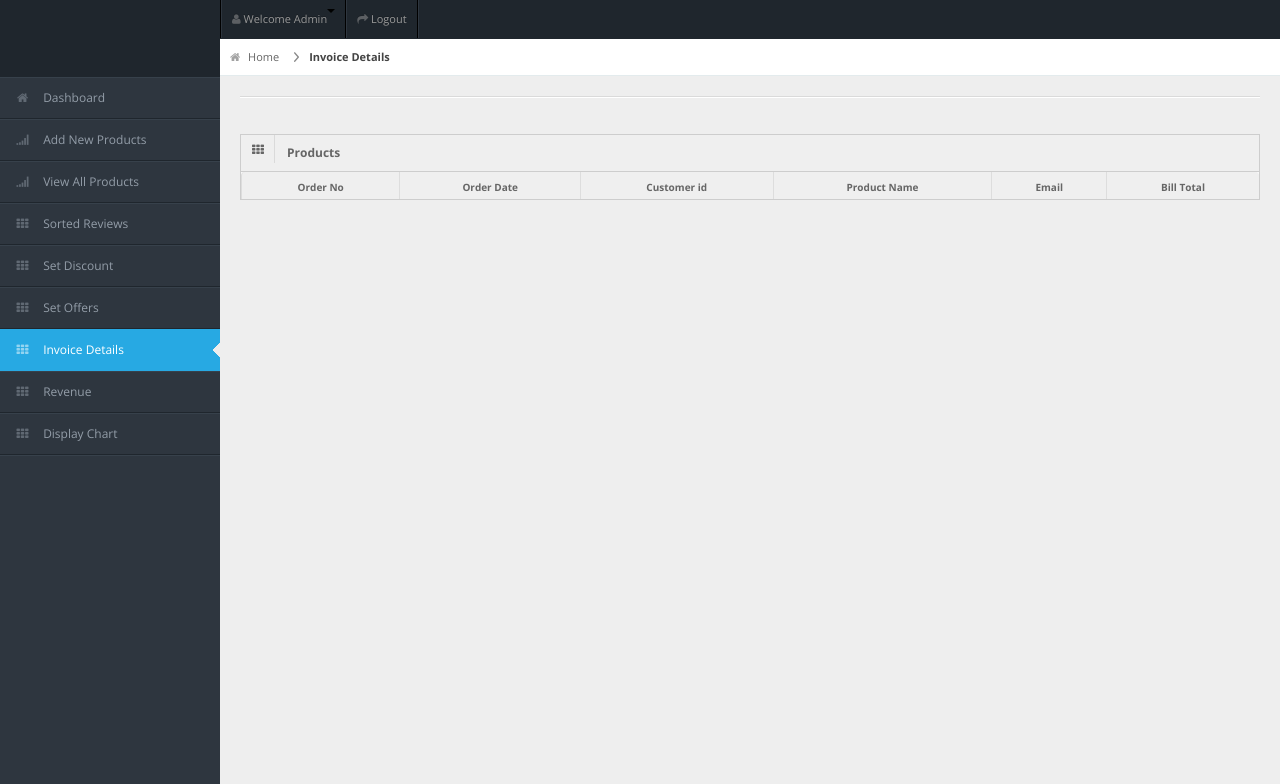
Repository: swati1010/web-analytics
Page: http://localhost/web_analysis/invoicereports.jsp
These files come from the project's save history. The page is drawn as it stood at one moment and after the next save; the edit follows.
The browser window is 1280 px wide. The pictures show the whole page.
The page is served by Tomcat 9. Other server files are loaded and not shown. Queries for data that is not in the repository find no rows.

Above is the page before, as saved 2017-04-20 09:54:30.
Console error (its wording comes from the project's code and is left out).

### web_analysis/WebContent/invoicereports.jsp
<%@page import="java.sql.ResultSet"%>
<%@page import="java.sql.PreparedStatement"%>
<%@page import="codes.DBConnection"%>
<%@page import="java.sql.Connection"%>
<%@ page language="java" contentType="text/html; charset=ISO-8859-1"
    pageEncoding="ISO-8859-1"%>
<!DOCTYPE html PUBLIC "-//W3C//DTD HTML 4.01 Transitional//EN" "http://www.w3.org/TR/html4/loose.dtd">
<html>
<head>
<meta http-equiv="Content-Type" content="text/html; charset=ISO-8859-1">
<title>Admin</title>
<link rel="stylesheet" href="ass1/css/bootstrap.min.css" />
<link rel="stylesheet" href="ass1/css/bootstrap-responsive.min.css" />
<link rel="stylesheet" href="ass1/css/fullcalendar.css" />
<link rel="stylesheet" href="ass1/css/matrix-style.css" />
<link rel="stylesheet" href="ass1/css/matrix-media.css" />
<link href="ass1/font-awesome/css/font-awesome.css" rel="stylesheet" />
<link rel="stylesheet" href="ass1/css/jquery.gritter.css" />
<link href='http://fonts.googleapis.com/css?family=Open+Sans:400,700,800' rel='stylesheet' type='text/css'>
</head>
<body>
<!--Header-part-->
<div id="header">
  <h1><a href="dashboard.html">Customer Analysis</a></h1>
</div>
<!--close-Header-part-->
<!--top-Header-menu-->
<div id="user-nav" class="navbar navbar-inverse">
  <ul class="nav">
    <li id="profile-messages" ><a title="" href="#" data-target="#profile-messages" ><i class="icon icon-user"></i>  <span class="text">Welcome Admin</span><b class="caret"></b></a>

    </li>
    <li class=""><a title="" href="index.jsp"><i class="icon icon-share-alt"></i> <span class="text">Logout</span></a></li>
  </ul>
</div>
<!--close-top-Header-menu-->

<!--sidebar-menu-->
<div id="sidebar"><a href="#" class="visible-phone"><i class="icon icon-home"></i> Dashboard</a>
  <ul>
    <li><a href="adminindex.jsp"><i class="icon icon-home"></i> <span>Dashboard</span></a> </li>
    <li> <a href="addproduct.jsp"><i class="icon icon-signal"></i> <span>Add New Products</span></a> </li>
    <li> <a href="viewallproducts.jsp"><i class="icon icon-signal"></i> <span>View All Products</span></a> </li>
    <li><a href="sortedreviews.jsp"><i class="icon icon-th"></i> <span>Sorted Reviews</span></a></li>
    <li><a href="setdiscount.jsp"><i class="icon icon-th"></i> <span>Set Discount</span></a></li>
     <li><a href="setoffers.jsp"><i class="icon icon-th"></i> <span>Set Offers</span></a></li>
     <li class="active"><a href="invoicereports.jsp"><i class="icon icon-th"></i> <span>Invoice Details</span></a></li>
     <li><a href="revenue.jsp"><i class="icon icon-th"></i> <span>Revenue</span></a></li>
     <li><a href="call_chart.jsp"><i class="icon icon-th"></i> <span>Display Chart</span></a></li>
  </ul>
</div>
<!--sidebar-menu-->

<!--main-container-part-->
<div id="content">
<!--breadcrumbs-->
  <div id="content-header">
    <div id="breadcrumb"> <a href="adminindex.jsp" title="Go to Home" class="tip-bottom"><i class="icon-home"></i> Home</a><a href="#" class="current"> Invoice Details</a></div>
  </div>
<!--End-breadcrumbs-->
<%
Connection con = DBConnection.getDBConnection();

%>
  <div class="container-fluid">
    <hr>
    <div class="row-fluid">
      <div class="span12">
        <div class="widget-box">
          <div class="widget-title"> <span class="icon"> <i class="icon-th"></i> </span>
            <h5>Products</h5>
          </div>
          <div class="widget-content nopadding">
            <table class="table table-bordered table-striped">
              <thead>
                <tr>
                  <th>Order No</th>
                  <th>Order Date</th>
                  <th>Customer id</th>
                   <th>Product Name</th>
                  <th>Email</th>
                  <th>Bill Total</th>
                </tr>
              </thead>
              <tbody>
              <%
              int i=1;
              	PreparedStatement ps = con.prepareStatement("select * from invoice where status=1");
              	ResultSet rs = ps.executeQuery();
              	while(rs.next())
              	{
              %>
                <tr class="odd gradeX">
                  <td><%=i++%></td>
                  <td><%=rs.getString("date") %></td>
                  <td><%=rs.getString("cid") %></td>
                  <td><%=rs.getString("p_name") %></td>
                  <td><%=rs.getString("Email") %></td>
                  <td><%=rs.getString("grand_total") %></td>
                </tr>
                <%} %>
              </tbody>
            </table>
          </div>
        </div>
        </div>
        </div>
        </div>
      </div>

<!--end-main-container-part-->



<script src="ass1/js/excanvas.min.js"></script>
<script src="ass1/js/jquery.min.js"></script>
<script src="ass1/js/jquery.ui.custom.js"></script>
<script src="ass1/js/bootstrap.min.js"></script>
<script src="ass1/js/jquery.flot.min.js"></script>
<script src="ass1/js/jquery.flot.resize.min.js"></script>
<script src="ass1/js/jquery.peity.min.js"></script>
<script src="ass1/js/fullcalendar.min.js"></script>
<script src="ass1/js/matrix.js"></script>
<script src="ass1/js/matrix.dashboard.js"></script>
<script src="ass1/js/jquery.gritter.min.js"></script>
<script src="ass1/js/matrix.interface.js"></script>
<script src="ass1/js/matrix.chat.js"></script>
<script src="ass1/js/jquery.validate.js"></script>
<script src="ass1/js/matrix.form_validation.js"></script>
<script src="ass1/js/jquery.wizard.js"></script>
<script src="ass1/js/jquery.uniform.js"></script>
<script src="ass1/js/select2.min.js"></script>
<script src="ass1/js/matrix.popover.js"></script>
<script src="ass1/js/jquery.dataTables.min.js"></script>
<script src="ass1/js/matrix.tables.js"></script>

<script type="text/javascript">
  // This function is called from the pop-up menus to transfer to
  // a different page. Ignore if the value returned is a null string:
  function goPage (newURL) {

      // if url is empty, skip the menu dividers and reset the menu selection to default
      if (newURL != "") {

          // if url is "-", it is this page -- reset the menu:
          if (newURL == "-" ) {
              resetMenu();
          }
          // else, send page to designated URL
          else {
            document.location.href = newURL;
          }
      }
  }

// resets the menu selection upon entry to this page:
function resetMenu() {
   document.gomenu.selector.selectedIndex = 2;
}
</script>
</body>
</html>

### web_analysis/src/codes/DBConnection.java
package codes;


import java.sql.Connection;
import java.sql.DriverManager;

public class DBConnection {

public static Connection con = null;

	public static Connection getDBConnection()
	{
		try {
			Class.forName("com.mysql.jdbc.Driver");
			con = DriverManager.getConnection("jdbc:mysql://localhost:3306/web_ana?useSSL=false", "root", "");

		} catch (Exception e) {
			// TODO Auto-generated catch block
			e.printStackTrace();
		}
		return con;
	}

}

### web_analysis/WebContent/ass1/css/fullcalendar.css

.fc {
    direction: ltr;
    text-align: left; border:1px solid #dadada;
}
.fc table {
    border-collapse: collapse;
    border-spacing: 0;
}
html .fc, .fc table {
    font-size: 1em;
}
.fc td, .fc th {
    padding: 0;
    vertical-align: top;
}
.fc-header {
    position: relative;
}
.fc-header td {
    position: relative;
    white-space: nowrap;
}
.fc-header-left {
    text-align: left;
}
.fc-header-center {
    left: 10%;
    position: absolute;
    text-align: center;
    top: 0;
    width: 80%;
}
.fc-button-inner {
    border-left: 1px solid #D5D5D5;
}
.panel-left .fc-header-right .fc-button:last-child .fc-button-inner {
	border-right: 1px solid #D5D5D5;
}
.fc-header-left .fc-button-inner {
    border: medium none;
}
.fc-header-right {
    position: absolute !important;
    right: 0;
    text-align: right;
    top: -37px;
}
.panel-left .fc-header-right {
	right: -1px;
}
.fc-header-title {
    display: inline-block;
    vertical-align: top;
}
.fc-header-title strong {
    display: block;
    margin-top: 0;
    padding: 8px 12px !important;
    white-space: nowrap;
}
.fc .fc-header-space {
    padding-left: 10px;
}
.fc-header .fc-corner-right {
    float: right;
    margin-right: 1px;
}
.fc-header .ui-corner-right {
    margin-right: 0;
}
.fc-header .fc-state-hover, .fc-header .ui-state-hover {
    z-index: 2;
}
.fc-header .fc-state-down {
    z-index: 3;
}
.fc-header .fc-state-active, .fc-header .ui-state-active {
    z-index: 4;
}
.fc-button-prev .fc-button-content {
    background: url("../img/larrow.png") no-repeat scroll 15px 13px transparent;
    width: 10px;
}
.fc-button-next .fc-button-content {
    background: url("../img/rarrow.png") no-repeat scroll 15px 13px transparent;
    width: 10px;
}
.fc-content {
}
.fc-view {
    overflow: hidden;
    width: 100%;
}
.fc-widget-header, .fc-widget-content {
    border: 1px solid #D5D5D5;
}
.fc-state-highlight {
    background: url("../images/backgrounds/calActiveBg.html") repeat-x scroll 0 0 #F5F5F5;
}
.fc-cell-overlay {
    background: none repeat scroll 0 0 #99CCFF;
    opacity: 0.2;
}
.fc-button {
    cursor: pointer;
    display: inline-block;
    position: relative;
}
.fc-state-default {
}
.fc-button-inner {
    float: left;
    overflow: hidden;
    position: relative;
}
.fc-state-default .fc-button-inner {
}
.fc-button-content {
    float: left;
    height: 36px;
    line-height: 37px;
    padding: 0 14px;
    position: relative;
    white-space: nowrap;
}
.fc-header-right .fc-button-content {
    height: 37px;
}
.fc-button-content .fc-icon-wrap {
    float: left;
    position: relative;
    top: 50%;
}
.fc-button-content .ui-icon {
    float: left;
    margin-top: -50%;
    position: relative;
}
.fc-state-default .fc-button-effect {
    left: 0;
    position: absolute;
    top: 50%;
}
.fc-state-default .fc-button-effect span {
}
.fc-state-default, .fc-state-default .fc-button-inner {
}
.fc-state-hover, .fc-state-hover .fc-button-inner {
}
.fc-state-down, .fc-state-down .fc-button-inner {
}
.fc-state-active, .fc-state-active .fc-button-inner {
    background: none repeat scroll 0 0 #F9F9F9;
    color: #797979;
}
.fc-first th {
    padding-top: 1px;
}
.fc-state-disabled, .fc-state-disabled .fc-button-inner {
    border-color: #DDDDDD;
    color: #999999;
}
.fc-state-disabled {
    cursor: default;
}
.fc-state-disabled .fc-button-effect {
    display: none;
}
.fc-event {
    border-style: solid;
    border-width: 0;
    cursor: default;
    font-size: 0.85em;
}
a.fc-event, .fc-event-draggable {
    cursor: pointer;
}
a.fc-event {
    text-decoration: none;
}
.fc-rtl .fc-event {
    text-align: right;
}
.fc-event-skin {
    background-color: #fb7a2c;
    border-color: #000000;
    border-radius: 2px 2px 2px 2px;
    color: #FFFFFF;
    display: block;
    font-size: 11px;
    margin-top: 1px;
    padding: 1px 0;
}
.fc-event-inner {
    border-style: solid;
    border-width: 0;
    height: 100%;
    overflow: hidden;
    position: relative;
    width: 100%;
}
.fc-event-time, .fc-event-title {
    display: block;
    float: left;
    line-height: 16px;
    padding: 0 2px 1px 5px;
}
.fc .ui-resizable-handle {
    display: block;
    font-size: 300%;
    line-height: 50%;
    overflow: hidden;
    position: absolute;
    z-index: 99999;
}
.fc-event-hori {
    margin-bottom: 1px;
}
.fc-event-hori .ui-resizable-e {
    cursor: e-resize;
    height: 100% !important;
    right: -3px !important;
    top: 0 !important;
    width: 7px !important;
}
.fc-event-hori .ui-resizable-w {
    cursor: w-resize;
    height: 100% !important;
    left: -3px !important;
    top: 0 !important;
    width: 7px !important;
}
.fc-event-hori .ui-resizable-handle {
}
.fc-corner-left {
    margin-left: 1px;
}
.fc-corner-left .fc-button-inner, .fc-corner-left .fc-event-inner {
}
.fc-corner-right {
    margin-right: 1px;
}
.fc-corner-right .fc-button-inner, .fc-corner-right .fc-event-inner {
    margin-right: -1px;
}
.fc-corner-top {
    margin-top: 1px;
}
.fc-corner-top .fc-event-inner {
    margin-top: -1px;
}
.fc-corner-bottom {
    margin-bottom: 1px;
}
.fc-corner-bottom .fc-event-inner {
    margin-bottom: -1px;
}
.fc-corner-left .fc-event-inner {
}
.fc-corner-right .fc-event-inner {
}
.fc-corner-top .fc-event-inner {
    border-top-width: 1px;
}
.fc-corner-bottom .fc-event-inner {
    border-bottom-width: 1px;
}
table.fc-border-separate {
    border-collapse: separate;
}
.fc-border-separate th, .fc-border-separate td {
    border-width: 1px 0 0 1px;
}
.fc-border-separate td:first-child, .fc-border-separate th:first-child {
    border-left: medium none;
}
.fc-border-separate th.fc-last, .fc-border-separate td.fc-last {
}
.fc-border-separate tr.fc-last th, .fc-border-separate tr.fc-last td {
    border-top-width: 1px;
}
.fc-border-separate tbody tr.fc-first td, .fc-border-separate tbody tr.fc-first th {
    border-top-width: 1px;
}
.fc-grid th {
    text-align: center;
}
.fc-grid .fc-day-number {
    float: right;
    padding: 3px 5px;
}
.fc-grid .fc-other-month .fc-day-number {
    opacity: 0.3;
}
.fc-grid .fc-day-content {
    clear: both;
    padding: 5px 2px 3px;
}
.fc-grid .fc-event-time {
    font-weight: bold;
}
.fc-rtl .fc-grid .fc-day-number {
    float: left;
}
.fc-rtl .fc-grid .fc-event-time {
    float: right;
}
.fc-agenda table {
    border-collapse: separate;
}
.fc-agenda-days th {
    text-align: center;
}
.fc-agenda .fc-agenda-axis {
    font-weight: normal;
    padding: 0 4px;
    text-align: right;
    vertical-align: middle;
    white-space: nowrap;
    width: 50px;
}
.fc-agenda .fc-day-content {
    padding: 2px 2px 1px;
}
.fc-agenda-days .fc-agenda-axis {
    border-right-width: 1px;
}
.fc-agenda-days .fc-col0 {
    border-left-width: 0;
}
.fc-agenda-allday th {
    border-width: 0 1px;
}
.fc-agenda-allday .fc-day-content {
    min-height: 34px;
}
.fc-agenda-divider-inner {
    height: 2px;
    overflow: hidden;
}
.fc-widget-header .fc-agenda-divider-inner {
    background: none repeat scroll 0 0 #EEEEEE;
}
.fc-agenda-slots th {
    border-width: 1px 1px 0;
}
.fc-agenda-slots td {
    background: none repeat scroll 0 0 transparent;
    border-width: 1px 0 0;
}
.fc-agenda-slots td div {
    height: 20px;
}
.fc-agenda-slots tr.fc-slot0 th, .fc-agenda-slots tr.fc-slot0 td {
    border-top-width: 0;
}
.fc-agenda-slots tr.fc-minor th, .fc-agenda-slots tr.fc-minor td {
    border-top-style: dotted;
}
.fc-agenda-slots tr.fc-minor th.ui-widget-header {
}
.fc-event-vert {
    border-width: 0 1px;
}
.fc-event-vert .fc-event-head, .fc-event-vert .fc-event-content {
    overflow: hidden;
    position: relative;
    width: 100%;
    z-index: 2;
}
.fc-event-vert .fc-event-time {
    font-size: 10px;
    white-space: nowrap;
}
.fc-event-vert .fc-event-bg {
    background: none repeat scroll 0 0 #FFFFFF;
    height: 100%;
    left: 0;
    opacity: 0.3;
    position: absolute;
    top: 0;
    width: 100%;
    z-index: 1;
}
.fc .ui-draggable-dragging .fc-event-bg, .fc-select-helper .fc-event-bg {
}
.fc-event-vert .ui-resizable-s {
    bottom: 0 !important;
    cursor: s-resize;
    font-family: monospace;
    font-size: 11px !important;
    height: 8px !important;
    line-height: 8px !important;
    overflow: hidden !important;
    text-align: center;
    width: 100% !important;
}
.fc-agenda .ui-resizable-resizing {
}

#external-events .external-event {
	margin-bottom: 5px; cursor:all-scroll;
}

### web_analysis/WebContent/ass1/css/matrix-media.css
body {
	background:#2E363F;
}

#header {
	background-color: #1f262d;
   margin-top:10px;
}
#search input[type=text], #search button {
	background-color: #28b779;
}
#search input[type=text]:focus {
	color: #777777;
}
#sidebar > ul{border-bottom: 1px solid #37414b}
#sidebar > ul > li {
	border-top: 1px solid #37414b; border-bottom: 1px solid #1f262d;
}
#sidebar > ul > li.active {
    background-color: #27a9e3; border-bottom: 1px solid #27a9e3;  border-top: 1px solid #27a9e3;
}
#sidebar > ul > li.active a{ color:#fff; text-decoration:none;}

#sidebar > ul > li > a > .label {
	background-color:#F66;
}
#sidebar > ul > li > a:hover {
	background-color: #27a9e3; color:#fff;
}
#sidebar > ul li ul {
	background-color: #1e242b;
}
#sidebar > ul li ul li a{ color:#939da8}
#sidebar > ul li ul li a:hover, #sidebar > ul li ul li.active a {
	color: #fff;
	background-color: #28b779;
}


#search input[type=text] {
	background-color: #47515b; color: #fff;
}
#search input[type=text]:focus {
	color: #2e363f; color: #fff; box-shadow:none;
}
.dropdown-menu li a:hover, .dropdown-menu .active a, .dropdown-menu .active a:hover {
    color: #eeeeee;
	background:#666;

}
.top_message{ float:right; padding:20px 12px; position:relative; top:-13px; border-left:1px solid #3D3A37; font-size:14px; line-height:20px; *line-height:20px; color:#333; text-align:center;  vertical-align:middle; cursor:pointer; }
.top_message:hover{ background:#000}
.rightzero{ right:0px; display:none;}
@media (max-width: 480px) {
	#sidebar > a {
		background:#27a9e3;

	}
	.quick-actions_homepage .quick-actions li{ min-width:100%;}
	#user-nav{ margin:0px auto; top:-31px; border-top:none; width:250px; left:-3%; text-align:center; float:none;}
#user-nav > ul > li:last-child{ border-right:1px solid #363E48}
#user-nav > ul > li{ border-top:1px solid #363E48}
#sidebar{ top:-30px;}
#content{ margin-top:-30px;}
#sidebar{ clear:both;}
}
@media (min-width: 768px) and (max-width: 970px) {.quick-actions_homepage .quick-actions li{ min-width:20.5%;}}
@media (min-width: 481px) and (max-width: 767px) {
	#sidebar > ul ul:before {
	}
	#sidebar > ul ul:after {
		border-right: 6px solid #222222;
    }
	.quick-actions_homepage .quick-actions li{ min-width:47%;}
}
div.tagsinput { border:1px solid #CCC; background: #FFF; padding:5px; width:300px; height:100px; overflow-y: auto;}
div.tagsinput span.tag { border: 1px solid #a5d24a; -moz-border-radius:2px; -webkit-border-radius:2px; display: block; float: left; padding: 5px; text-decoration:none; background: #cde69c; color: #638421; margin-right: 5px; margin-bottom:5px;font-family: helvetica;  font-size:13px;}
div.tagsinput span.tag a { font-weight: bold; color: #82ad2b; text-decoration:none; font-size: 11px;  }
div.tagsinput input { width:80px; margin:0px; font-family: helvetica; font-size: 13px; border:1px solid transparent; padding:5px; background: transparent; color: #000; outline:0px;  margin-right:5px; margin-bottom:5px; }
div.tagsinput div { display:block; float: left; }
.tags_clear { clear: both; width: 100%; height: 0px; }
.not_valid {background: #FBD8DB !important; color: #90111A !important;}

Loaded but not shown: web_analysis/WebContent/ass1/css/bootstrap.min.css (library); web_analysis/WebContent/ass1/css/bootstrap-responsive.min.css (library); web_analysis/WebContent/ass1/font-awesome/css/font-awesome.css (library); web_analysis/WebContent/ass1/css/jquery.gritter.css (common file); web_analysis/WebContent/ass1/js/excanvas.min.js (library); web_analysis/WebContent/ass1/js/jquery.min.js (library); web_analysis/WebContent/ass1/js/jquery.ui.custom.js (library); web_analysis/WebContent/ass1/js/bootstrap.min.js (library); web_analysis/WebContent/ass1/js/jquery.flot.min.js (library); web_analysis/WebContent/ass1/js/jquery.flot.resize.min.js (common file); web_analysis/WebContent/ass1/js/jquery.peity.min.js (common file); web_analysis/WebContent/ass1/js/fullcalendar.min.js (library); web_analysis/WebContent/ass1/js/jquery.gritter.min.js (library); web_analysis/WebContent/ass1/js/jquery.validate.js (library); web_analysis/WebContent/ass1/js/jquery.wizard.js (library); web_analysis/WebContent/ass1/js/jquery.uniform.js (library); web_analysis/WebContent/ass1/js/select2.min.js (library); web_analysis/WebContent/ass1/js/jquery.dataTables.min.js (library); web_analysis/WebContent/ass1/js/matrix.js (165 lines, source omitted); web_analysis/WebContent/ass1/js/matrix.dashboard.js (164 lines, source omitted); web_analysis/WebContent/ass1/js/matrix.chat.js (66 lines, source omitted); web_analysis/WebContent/ass1/js/matrix.form_validation.js (88 lines, source omitted); web_analysis/WebContent/ass1/js/matrix.popover.js (60 lines, source omitted); web_analysis/WebContent/ass1/js/matrix.interface.js (74 lines, source omitted); web_analysis/WebContent/ass1/js/matrix.tables.js (27 lines, source omitted); web_analysis/WebContent/ass1/css/matrix-style.css (1589 lines, source omitted)

After the next save:
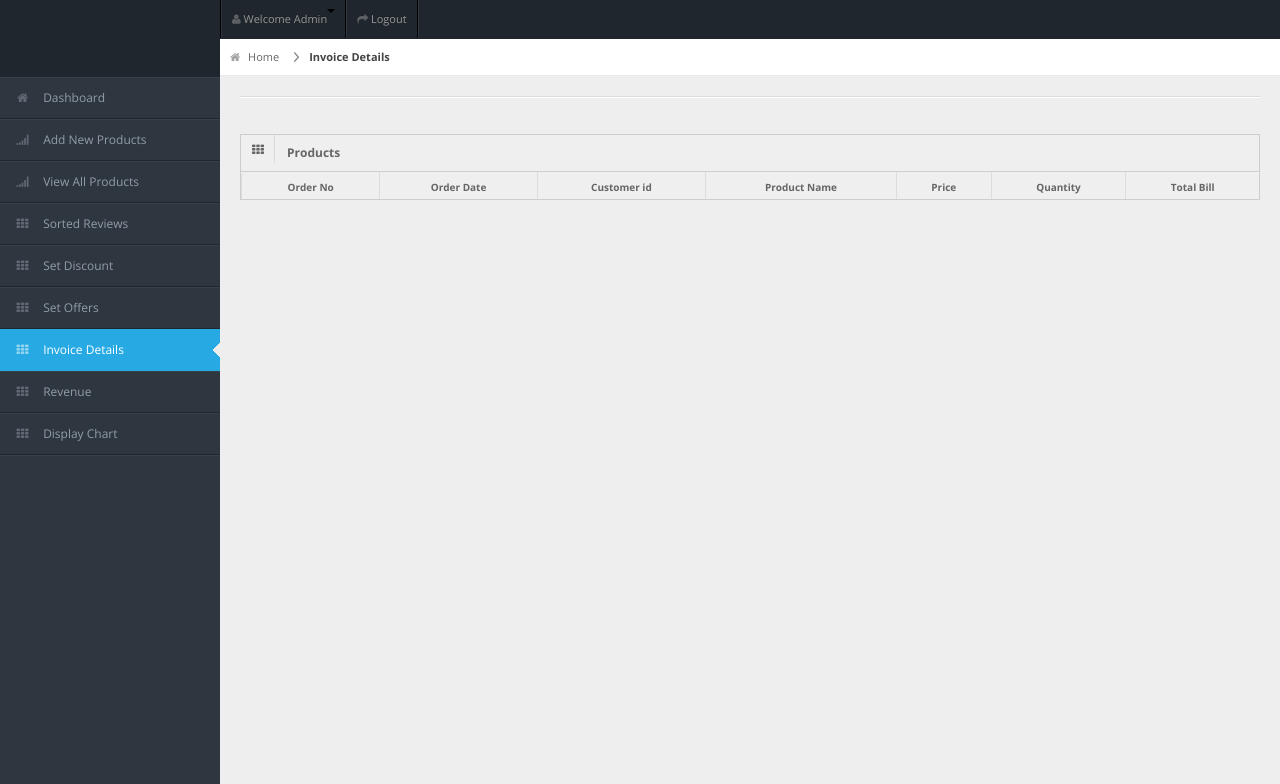
Saved 113 s later.
--- a/web_analysis/WebContent/invoicereports.jsp
+++ b/web_analysis/WebContent/invoicereports.jsp
@@ -78,8 +78,9 @@ Connection con = DBConnection.getDBConnection();
                   <th>Order Date</th>
                   <th>Customer id</th>
                    <th>Product Name</th>
-                  <th>Email</th>
-                  <th>Bill Total</th>
+                  <th>Price</th>
+                   <th>Quantity</th>
+                  <th> Total Bill</th>
                 </tr>
               </thead>
               <tbody>
